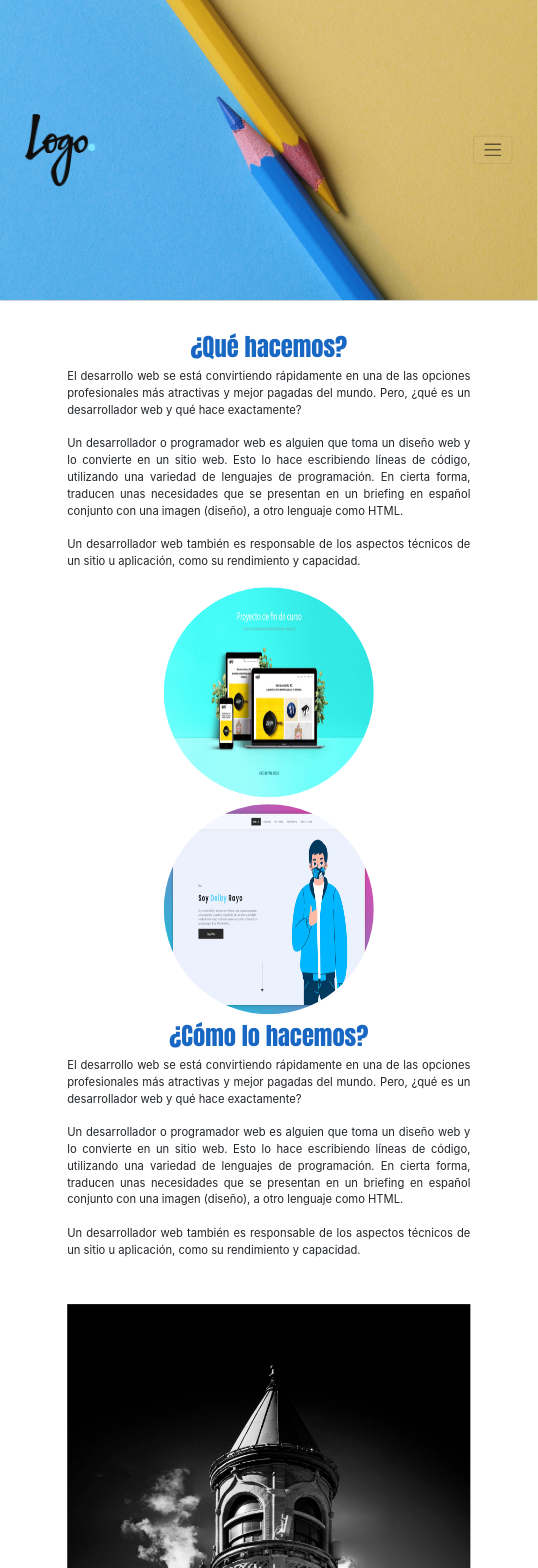
Repository: Dannyval1/Html-portafolio
Page: index.html
The author's editor kept a copy of each file at every save. The page is drawn from the files as they stood at one save, then again after the next save.
The browser window is 768 px wide. The pictures show the part of the page from y = 0 to 2240 px (the page is 3080 px tall before and 2780 px after), at 70% of full size.

Above is the page before, as saved 2022-02-13 18:44:54.

After the next save:
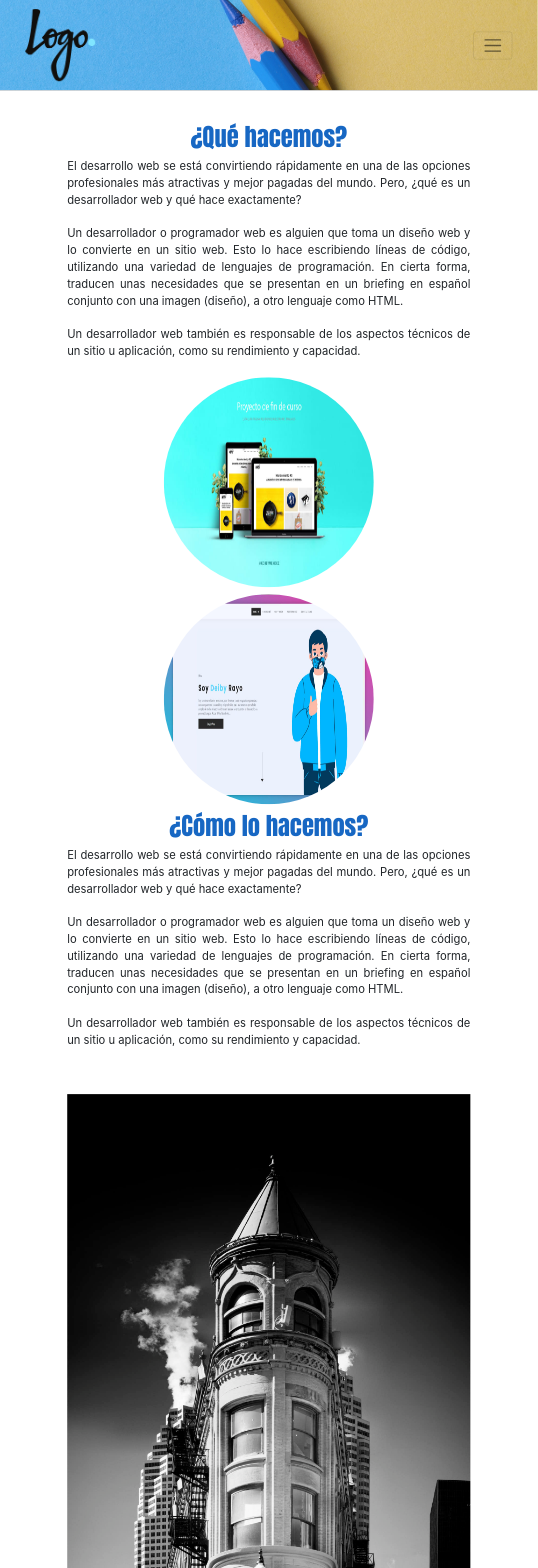
Saved 17 min 26 s later.
--- a/assets/css/styles.css
+++ b/assets/css/styles.css
@@ -322,3 +322,9 @@ textarea {
     font-size: 15px;
   }
 }
+
+@media screen and (max-width: 768px){
+  #header-two {
+    height: auto;
+  }
+}

After the save that followed:
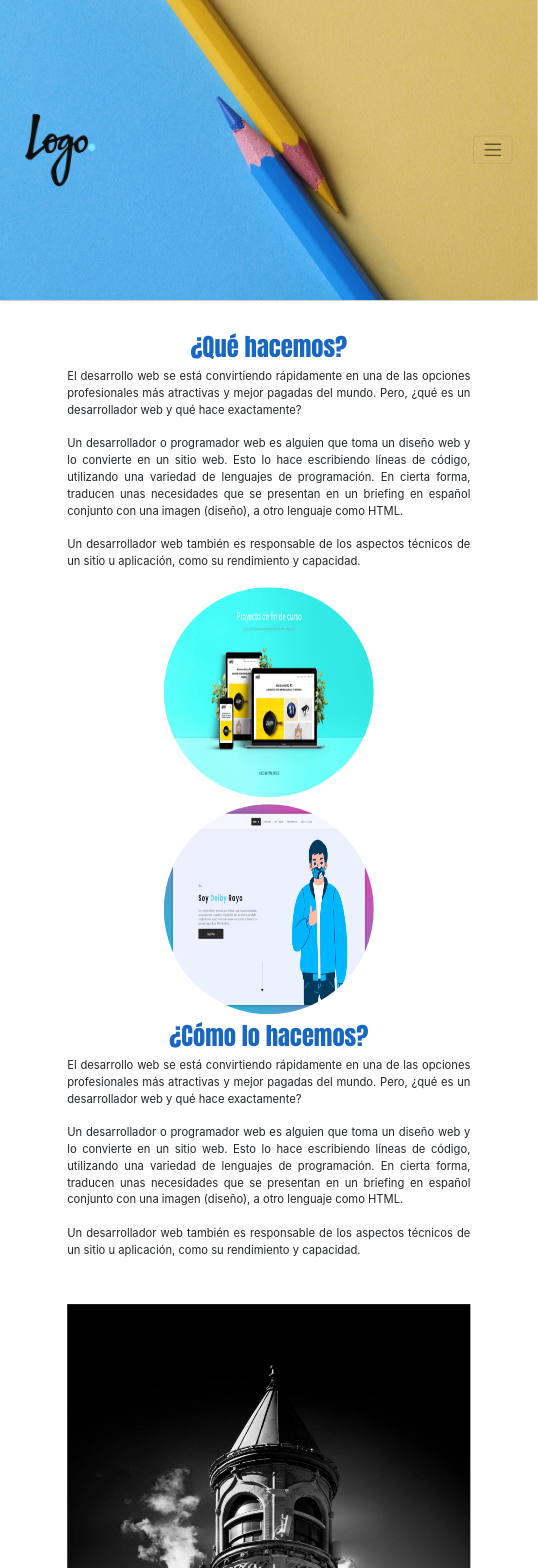
Saved 57 s later.
--- a/assets/css/styles.css
+++ b/assets/css/styles.css
@@ -322,9 +322,3 @@ textarea {
     font-size: 15px;
   }
 }
-
-@media screen and (max-width: 768px){
-  #header-two {
-    height: auto;
-  }
-}
